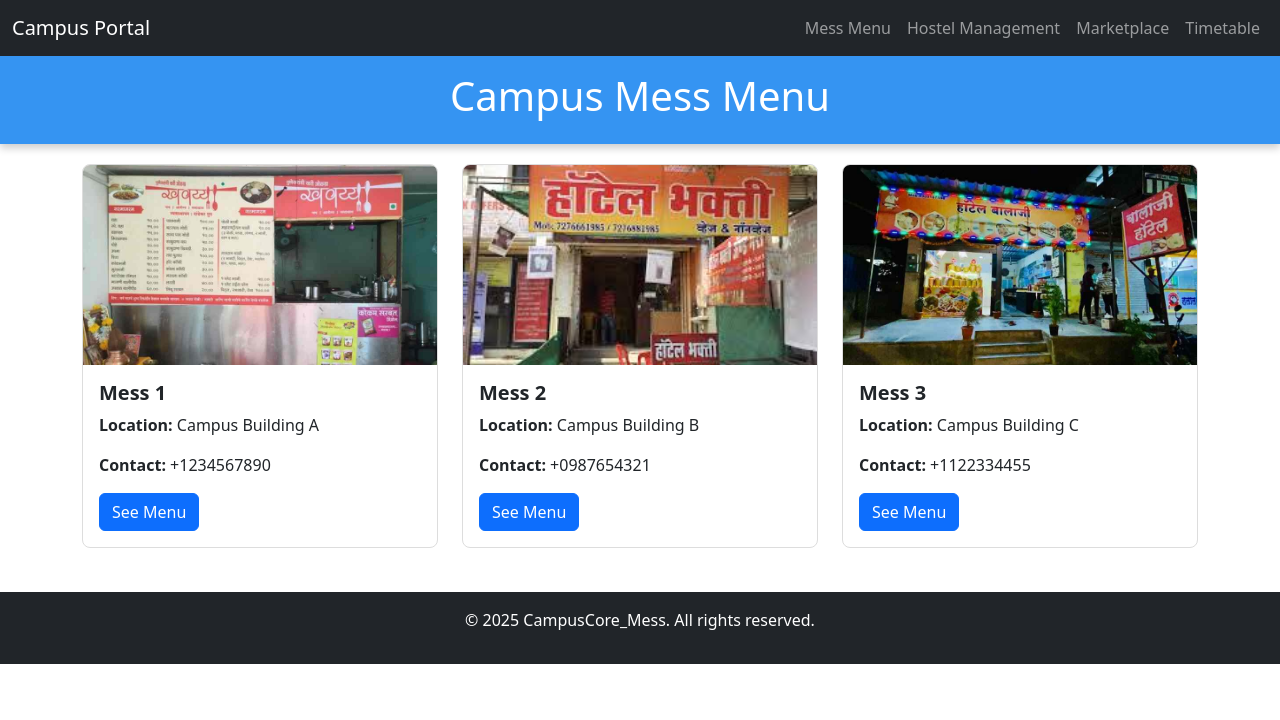
Repository: Pavanrajput123/Campus-Core
Page: http://localhost/Mess_menu
An editor plug-in stored every save of this project. The page is shown before and after the next save, followed by the edit.
The browser window is 1280 px wide. The pictures show the whole page.
The page is this project's Thymeleaf template; nobody is signed in. The template is opened directly, without the code that normally fills it, so the values that code supplies are empty.

Above is the page before, as saved 2025-04-12 07:12:23.

### student-management/src/main/resources/templates/Mess_menu.html
<!DOCTYPE html>
<html xmlns:th="http://www.thymeleaf.org" lang="en">
<head>
  <meta charset="UTF-8">
  <meta name="viewport" content="width=device-width, initial-scale=1.0">
  <title>Campus Mess Menu</title>
  <link href="https://cdn.jsdelivr.net/npm/bootstrap@5.3.0-alpha1/dist/css/bootstrap.min.css" rel="stylesheet">
  <style>
    .mess-card {
      margin: 20px 0;
      border: 1px solid #ddd;
      border-radius: 8px;
      overflow: hidden;
    }
    .mess-card img {
      width: 100%;
      height: 200px;
      object-fit: cover;
    }
    .card-body h5 {
      font-weight: bold;
    }
    header {
      background-color: #3594f2;
      color: white;
      box-shadow: 0 4px 8px rgba(0, 0, 0, 0.2);
    }
  </style>
</head>
<body>

  <!-- Navbar -->
  <nav class="navbar navbar-expand-lg navbar-dark bg-dark">
    <div class="container-fluid">
      <a class="navbar-brand" th:href="@{/dashboard}">Campus Portal</a>
      <button class="navbar-toggler" type="button" data-bs-toggle="collapse" data-bs-target="#navbarNav">
        <span class="navbar-toggler-icon"></span>
      </button>
      <div class="collapse navbar-collapse" id="navbarNav">
        <ul class="navbar-nav ms-auto">
          <li class="nav-item"><a class="nav-link" th:href="@{/mess-menu}">Mess Menu</a></li>
          <li class="nav-item"><a class="nav-link" th:href="@{/hostel}">Hostel Management</a></li>
          <li class="nav-item"><a class="nav-link" th:href="@{/marketplace}">Marketplace</a></li>
          <li class="nav-item"><a class="nav-link" th:href="@{/timetable}">Timetable</a></li>
        </ul>
      </div>
    </div>
  </nav>

  <!-- Header -->
  <header class="py-3 text-center">
    <h1>Campus Mess Menu</h1>
  </header>

  <div class="container">
    <div class="row">

      <!-- Mess Card 1 -->
      <div class="col-md-4">
        <div class="card mess-card">
          <img th:src="@{/assets/khavayye2.jpg}" alt="Mess 1 Image">
          <div class="card-body">
            <h5 class="card-title">Mess 1</h5>
            <p class="card-text"><strong>Location:</strong> Campus Building A</p>
            <p class="card-text"><strong>Contact:</strong> +1234567890</p>
            <a th:href="@{/menu1}" class="btn btn-primary">See Menu</a>
          </div>
        </div>
      </div>

      <!-- Mess Card 2 -->
      <div class="col-md-4">
        <div class="card mess-card">
          <img th:src="@{/assets/bhakti.jpeg}" alt="Mess 2 Image">
          <div class="card-body">
            <h5 class="card-title">Mess 2</h5>
            <p class="card-text"><strong>Location:</strong> Campus Building B</p>
            <p class="card-text"><strong>Contact:</strong> +0987654321</p>
            <a th:href="@{/menu2}" class="btn btn-primary">See Menu</a>
          </div>
        </div>
      </div>

      <!-- Mess Card 3 -->
      <div class="col-md-4">
        <div class="card mess-card">
          <img th:src="@{/assets/balajimess.jpg}" alt="Mess 3 Image">
          <div class="card-body">
            <h5 class="card-title">Mess 3</h5>
            <p class="card-text"><strong>Location:</strong> Campus Building C</p>
            <p class="card-text"><strong>Contact:</strong> +1122334455</p>
            <a th:href="@{/menu3}" class="btn btn-primary">See Menu</a>
          </div>
        </div>
      </div>

    </div>
  </div>

  <!-- Footer -->
  <footer class="bg-dark text-white text-center py-3 mt-4">
    <p>&copy; 2025 CampusCore_Mess. All rights reserved.</p>
  </footer>

  <script src="https://cdn.jsdelivr.net/npm/bootstrap@5.3.0-alpha1/dist/js/bootstrap.bundle.min.js"></script>
</body>
</html>

After the next save:
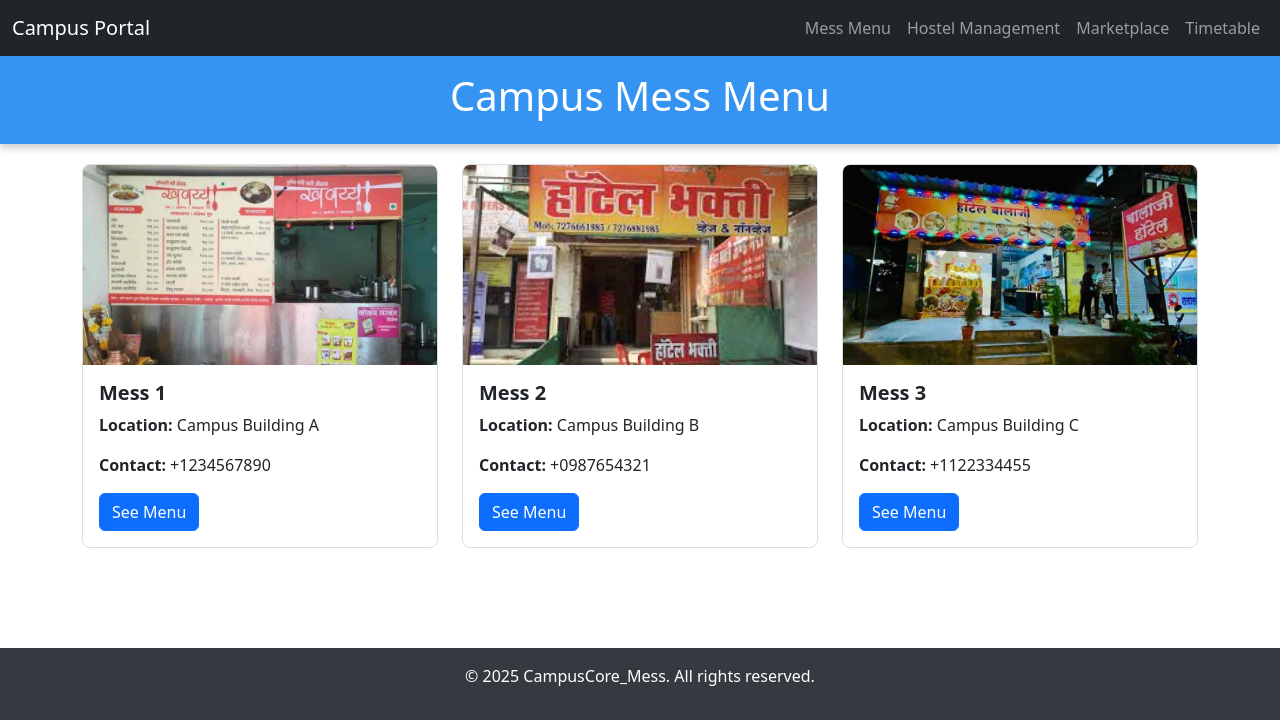
Saved 26 s later.
--- a/student-management/src/main/resources/templates/Mess_menu.html
+++ b/student-management/src/main/resources/templates/Mess_menu.html
@@ -6,24 +6,45 @@
   <title>Campus Mess Menu</title>
   <link href="https://cdn.jsdelivr.net/npm/bootstrap@5.3.0-alpha1/dist/css/bootstrap.min.css" rel="stylesheet">
   <style>
+    html, body {
+      height: 100%;
+      margin: 0;
+      display: flex;
+      flex-direction: column;
+    }
+
+    main {
+      flex: 1;
+    }
+
     .mess-card {
       margin: 20px 0;
       border: 1px solid #ddd;
       border-radius: 8px;
       overflow: hidden;
     }
+
     .mess-card img {
       width: 100%;
       height: 200px;
       object-fit: cover;
     }
+
     .card-body h5 {
       font-weight: bold;
     }
+
     header {
       background-color: #3594f2;
       color: white;
       box-shadow: 0 4px 8px rgba(0, 0, 0, 0.2);
+    }
+
+    footer {
+      background-color: #343a40;
+      color: white;
+      text-align: center;
+      padding: 1rem;
     }
   </style>
 </head>
@@ -52,53 +73,56 @@
     <h1>Campus Mess Menu</h1>
   </header>
 
-  <div class="container">
-    <div class="row">
+  <!-- Main Content -->
+  <main>
+    <div class="container">
+      <div class="row">
 
-      <!-- Mess Card 1 -->
-      <div class="col-md-4">
-        <div class="card mess-card">
-          <img th:src="@{/assets/khavayye2.jpg}" alt="Mess 1 Image">
-          <div class="card-body">
-            <h5 class="card-title">Mess 1</h5>
-            <p class="card-text"><strong>Location:</strong> Campus Building A</p>
-            <p class="card-text"><strong>Contact:</strong> +1234567890</p>
-            <a th:href="@{/menu1}" class="btn btn-primary">See Menu</a>
+        <!-- Mess Card 1 -->
+        <div class="col-md-4">
+          <div class="card mess-card">
+            <img th:src="@{/assets/khavayye2.jpg}" alt="Mess 1 Image">
+            <div class="card-body">
+              <h5 class="card-title">Mess 1</h5>
+              <p class="card-text"><strong>Location:</strong> Campus Building A</p>
+              <p class="card-text"><strong>Contact:</strong> +1234567890</p>
+              <a th:href="@{/menu1}" class="btn btn-primary">See Menu</a>
+            </div>
           </div>
         </div>
-      </div>
 
-      <!-- Mess Card 2 -->
-      <div class="col-md-4">
-        <div class="card mess-card">
-          <img th:src="@{/assets/bhakti.jpeg}" alt="Mess 2 Image">
-          <div class="card-body">
-            <h5 class="card-title">Mess 2</h5>
-            <p class="card-text"><strong>Location:</strong> Campus Building B</p>
-            <p class="card-text"><strong>Contact:</strong> +0987654321</p>
-            <a th:href="@{/menu2}" class="btn btn-primary">See Menu</a>
+        <!-- Mess Card 2 -->
+        <div class="col-md-4">
+          <div class="card mess-card">
+            <img th:src="@{/assets/bhakti.jpeg}" alt="Mess 2 Image">
+            <div class="card-body">
+              <h5 class="card-title">Mess 2</h5>
+              <p class="card-text"><strong>Location:</strong> Campus Building B</p>
+              <p class="card-text"><strong>Contact:</strong> +0987654321</p>
+              <a th:href="@{/menu2}" class="btn btn-primary">See Menu</a>
+            </div>
           </div>
         </div>
-      </div>
 
-      <!-- Mess Card 3 -->
-      <div class="col-md-4">
-        <div class="card mess-card">
-          <img th:src="@{/assets/balajimess.jpg}" alt="Mess 3 Image">
-          <div class="card-body">
-            <h5 class="card-title">Mess 3</h5>
-            <p class="card-text"><strong>Location:</strong> Campus Building C</p>
-            <p class="card-text"><strong>Contact:</strong> +1122334455</p>
-            <a th:href="@{/menu3}" class="btn btn-primary">See Menu</a>
+        <!-- Mess Card 3 -->
+        <div class="col-md-4">
+          <div class="card mess-card">
+            <img th:src="@{/assets/balajimess.jpg}" alt="Mess 3 Image">
+            <div class="card-body">
+              <h5 class="card-title">Mess 3</h5>
+              <p class="card-text"><strong>Location:</strong> Campus Building C</p>
+              <p class="card-text"><strong>Contact:</strong> +1122334455</p>
+              <a th:href="@{/menu3}" class="btn btn-primary">See Menu</a>
+            </div>
           </div>
         </div>
+
       </div>
-
     </div>
-  </div>
+  </main>
 
   <!-- Footer -->
-  <footer class="bg-dark text-white text-center py-3 mt-4">
+  <footer>
     <p>&copy; 2025 CampusCore_Mess. All rights reserved.</p>
   </footer>
 
